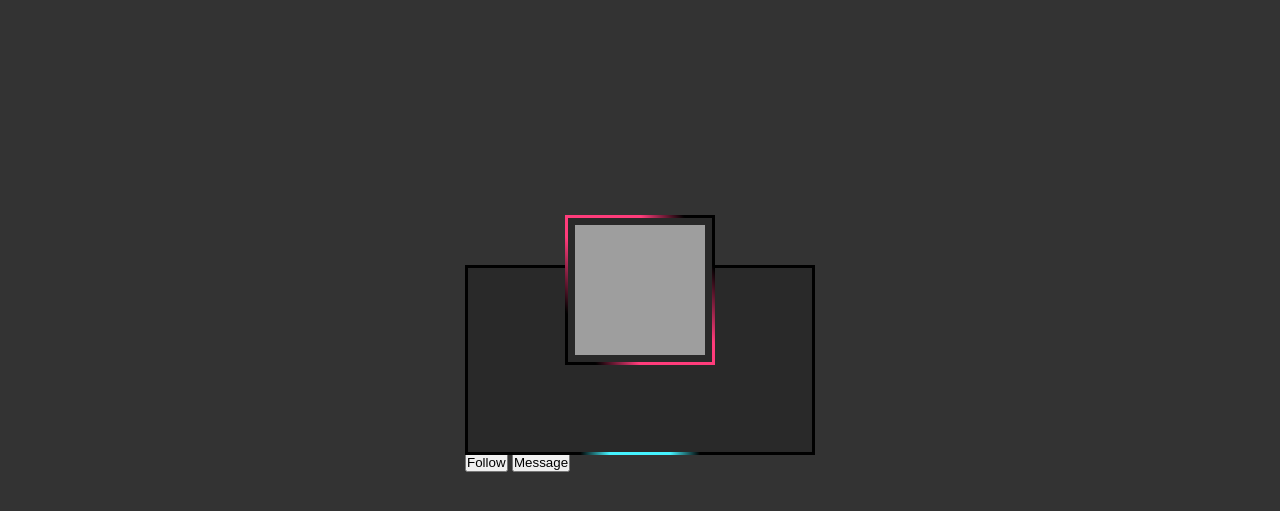
Repository: SeungYn/Javascript-study-toy
Page: profile-card/index.html
The author's editor kept a copy of each file at every save. The page is drawn from the files as they stood at one save, then again after the next save.
The browser window is 1280 px wide. The pictures show the whole page.
Pictures or frames that could not be fetched are drawn as grey boxes.

Above is the page before, as saved 2023-01-12 15:49:40.

After the next save:
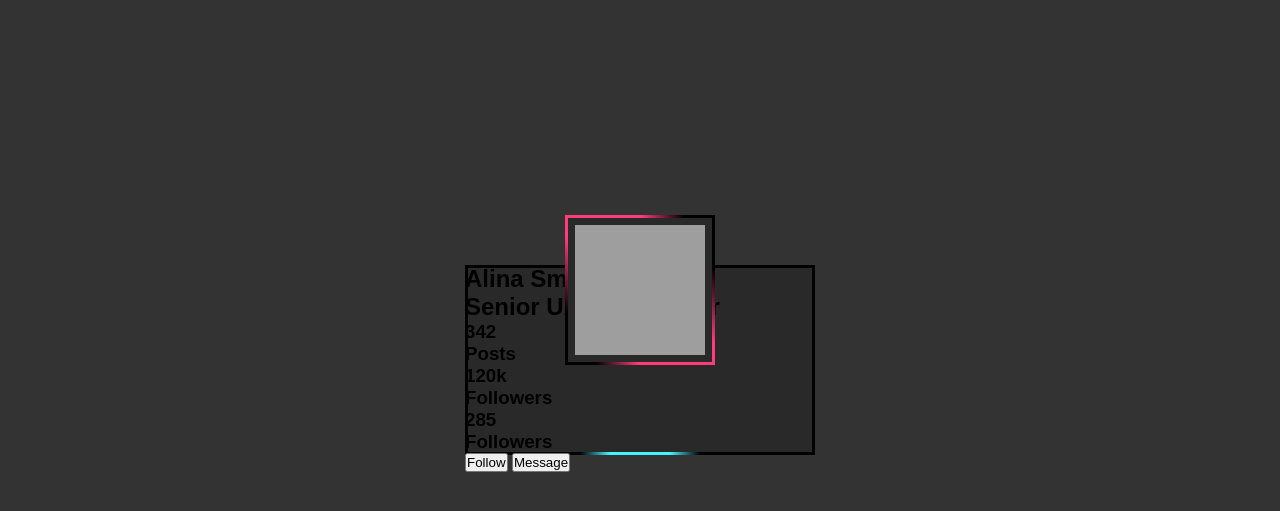
Saved 46 s later.
--- a/profile-card/style.css
+++ b/profile-card/style.css
@@ -130,3 +130,7 @@ body {
   height: calc(100% - 20px);
   filter: grayscale(1);
 }
+
+.card .content {
+  position: absolute;
+}
